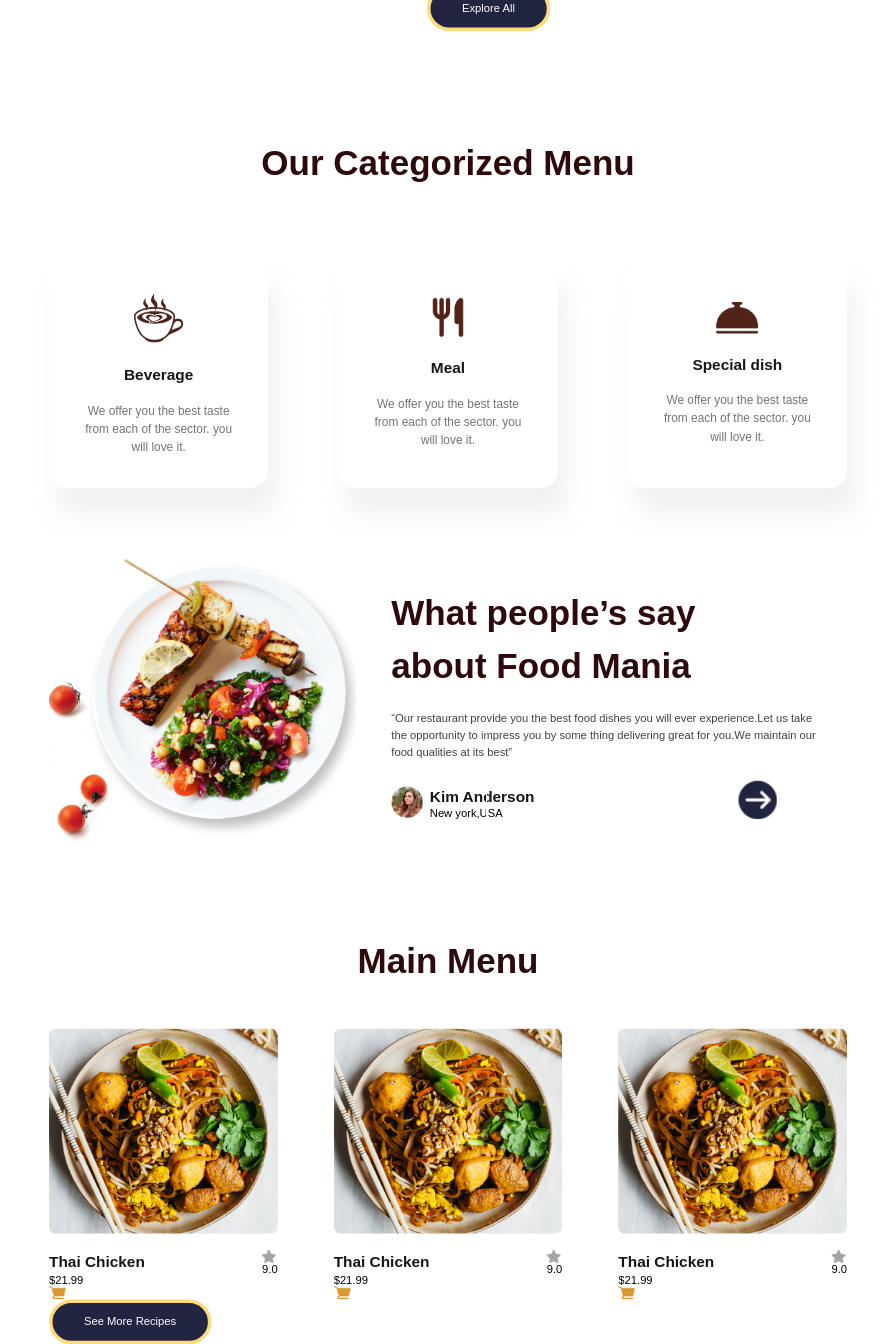
Repository: hoang0508/Figmafood
Page: index.html
An editor plug-in stored every save of this project. The page is shown before and after the next save, followed by the edit.
The browser window is 1280 px wide. The pictures show the part of the page from y = 1189 to 3109 px (the page is 3109 px tall before and 3105 px after), at 70% of full size.
Some web libraries are served in a nearby version. The style sheet was rebuilt from its Sass, Less or Tailwind sources for each picture, by a compiler version that may differ from the author's.

Above is the page before, as saved 2021-11-08 15:04:41.

After the next save:
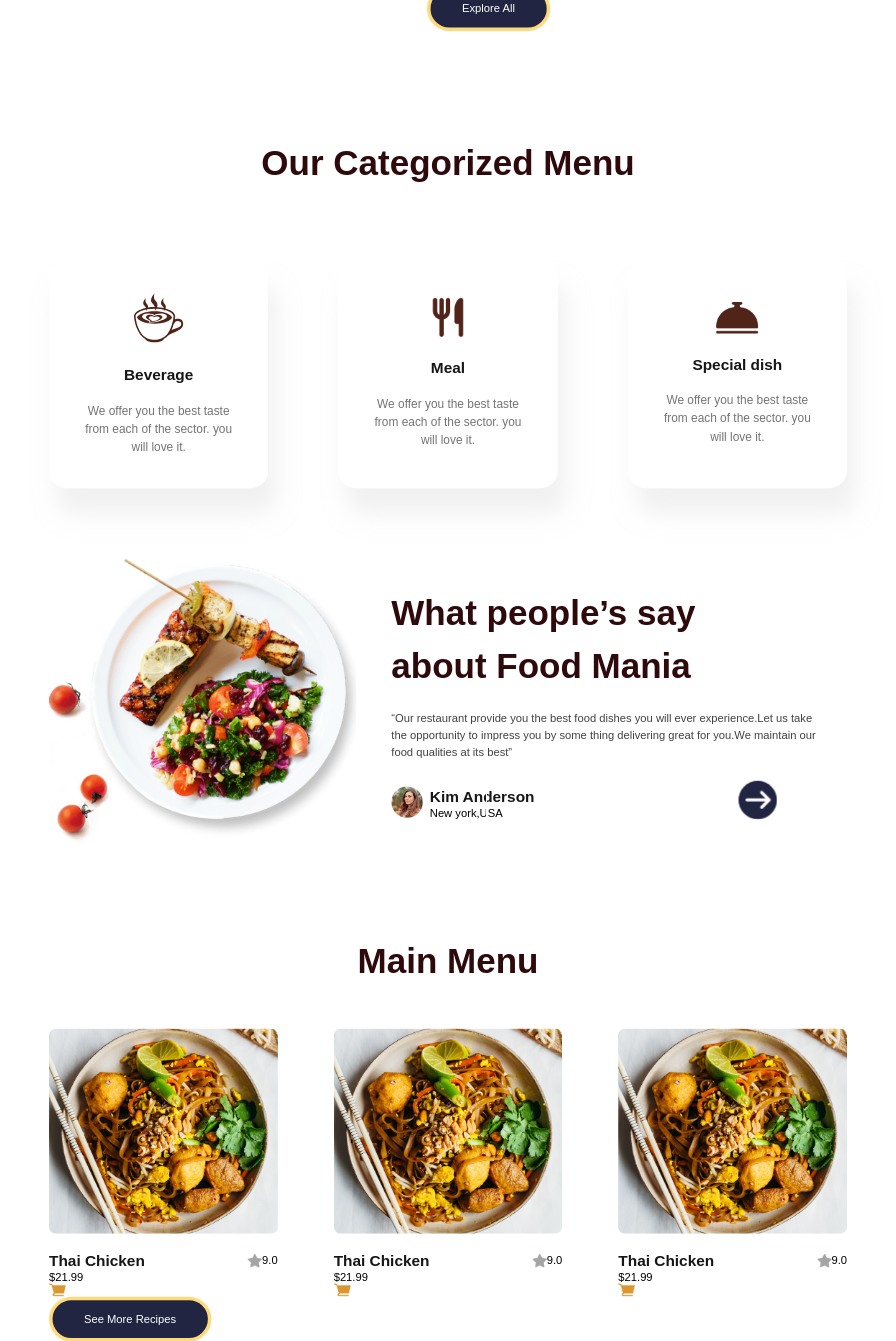
Saved 25 s later.
--- a/index.html
+++ b/index.html
@@ -242,7 +242,7 @@
                     <h4 class="product-name heading-title--small">
                       Thai Chicken
                     </h4>
-                    <div class="product-star">
+                    <div class="product-star d-flex--center">
                       <img src="./images/icon-star.png" alt="" />
                       <span>9.0</span>
                     </div>
@@ -262,7 +262,7 @@
                     <h4 class="product-name heading-title--small">
                       Thai Chicken
                     </h4>
-                    <div class="product-star">
+                    <div class="product-star d-flex--center">
                       <img src="./images/icon-star.png" alt="" />
                       <span>9.0</span>
                     </div>
@@ -282,7 +282,7 @@
                     <h4 class="product-name heading-title--small">
                       Thai Chicken
                     </h4>
-                    <div class="product-star">
+                    <div class="product-star d-flex--center">
                       <img src="./images/icon-star.png" alt="" />
                       <span>9.0</span>
                     </div>
